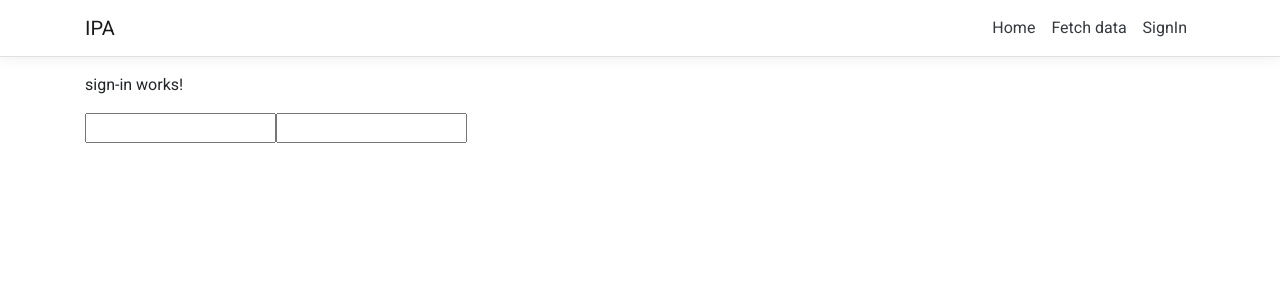
Repository: maksymiu4e/InternetPhotoAlbum
Page: /sign-in (app in InternetPhotoAlbum/ClientApp/)
These files come from the project's save history. The page is drawn as it stood at one moment and after the next save; the edit follows.
The browser window is 1280 px wide. The pictures show the whole page.
The project was rebuilt for these pictures with package versions that can differ from the ones it lists, and the page was loaded fresh each time. Also part of the build but not shown: InternetPhotoAlbum/ClientApp/angular.json, InternetPhotoAlbum/ClientApp/src/app/home/home.component.ts, InternetPhotoAlbum/ClientApp/src/app/counter/counter.component.ts, InternetPhotoAlbum/ClientApp/src/app/fetch-data/fetch-data.component.ts.

Above is the page before, as saved 2021-06-07 22:54:25.

After the next save:
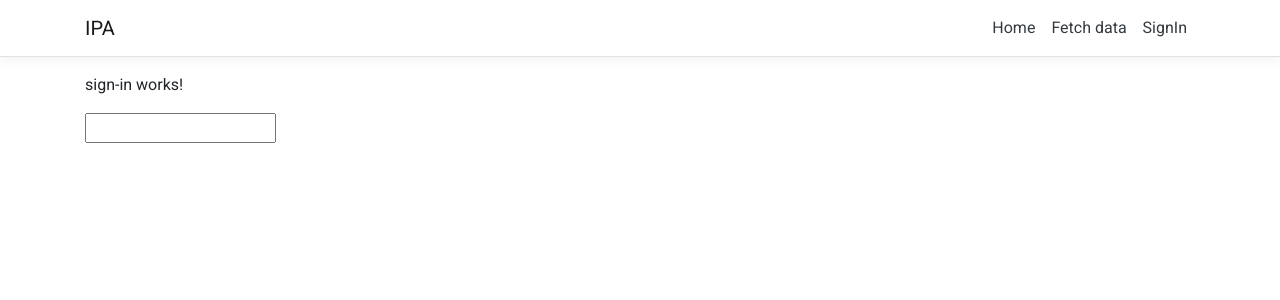
Saved 70 s later.
--- a/InternetPhotoAlbum/ClientApp/src/app/compnents/account/sign-in/sign-in.component.html
+++ b/InternetPhotoAlbum/ClientApp/src/app/compnents/account/sign-in/sign-in.component.html
@@ -1,3 +1,2 @@
 <p>sign-in works!</p>
 <input type="email">
-<input type="password">
